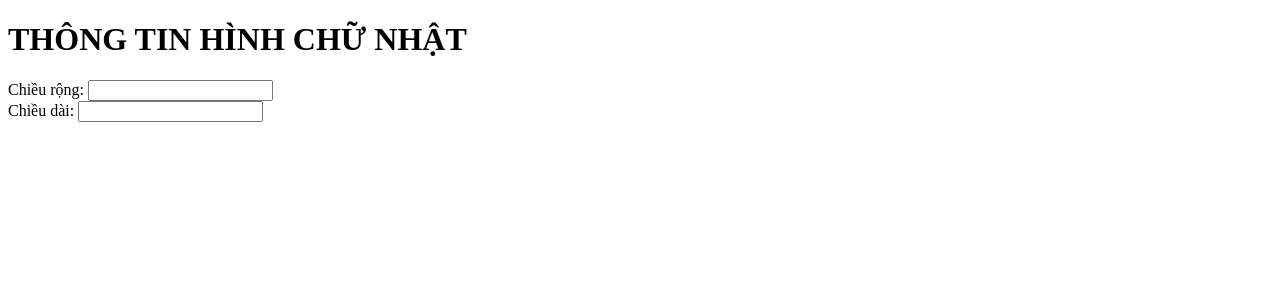
Repository: dquangv/Fpoly-Java4
Page: http://localhost/fpoly/chunhat.php
The author's editor kept a copy of each file at every save. The page is drawn from the files as they stood at one save, then again after the next save.
The browser window is 1280 px wide. The pictures show the whole page.
The page is served by Tomcat 9.

Above is the page before, as saved 2024-06-21 06:19:09.

After the next save:
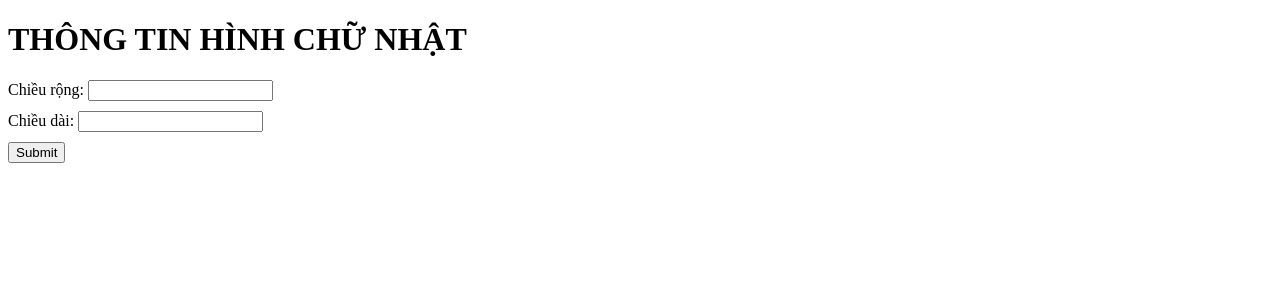
Saved 112 s later.
--- a/fpoly/src/main/webapp/views/chunhat/form-chu-nhat.jsp
+++ b/fpoly/src/main/webapp/views/chunhat/form-chu-nhat.jsp
@@ -10,14 +10,16 @@
 	<h1>THÔNG TIN HÌNH CHỮ NHẬT</h1>
 
 	<form action="/fpoly/param.php" method="post">
-		<div class="chieurong">
+		<div class="chieurong" style="margin-bottom: 10px;">
 			<span>Chiều rộng: </span>
 			<input name="chieurong">
 		</div>
-		<div class="chieudai">
+		<div class="chieudai" style="margin-bottom: 10px;">
 			<span>Chiều dài: </span>
 			<input name="chieudai">
 		</div>
+
+		<button>Submit</button>
 	</form>
 </body>
 </html>
